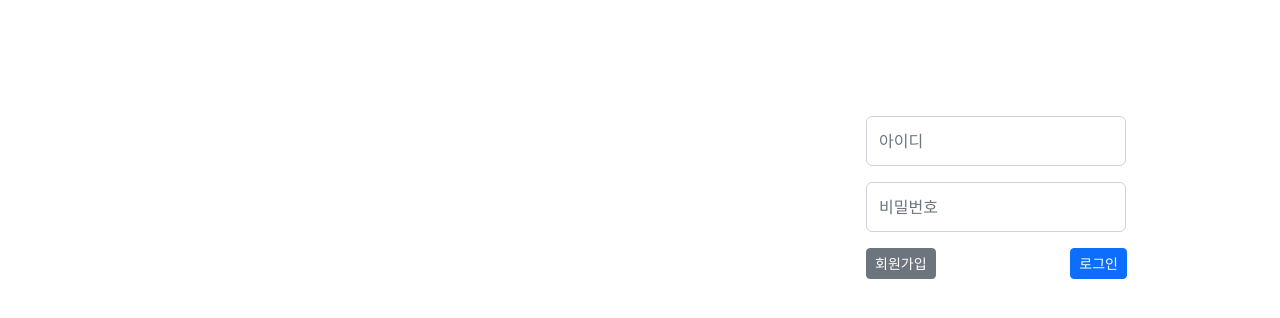
Repository: kokoko12334/myvocab-toy
Page: http://localhost/myVocabularyList/home.jsp
These files come from the project's save history. The page is drawn as it stood at one moment and after the next save; the edit follows.
The browser window is 1280 px wide. The pictures show the whole page.
The page is served by Tomcat 9.

Above is the page before, as saved 2023-04-08 04:32:57.

After the next save:
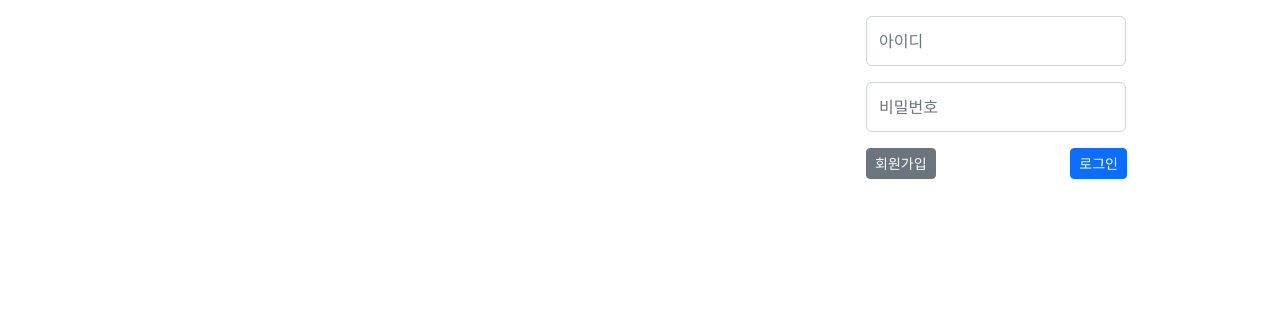
Saved 51 s later.
--- a/myVocabularyList/src/main/webapp/home.jsp
+++ b/myVocabularyList/src/main/webapp/home.jsp
@@ -14,7 +14,7 @@
 
 <body>
 
-	<div  style="float: right;width: 414px;margin-top: 100px;text-align:right" >
+	<div  style="float: right;width: 414px;margin: 0 auto;text-align:right" >
 
 		<form action = "/login" method = "post" style="height: 164px;width: 261px;">
 			<input class="form-control my-3" style = "height:50px; width: 260px;" type = "text" name = "id" placeholder = "아이디">

After the save that followed:
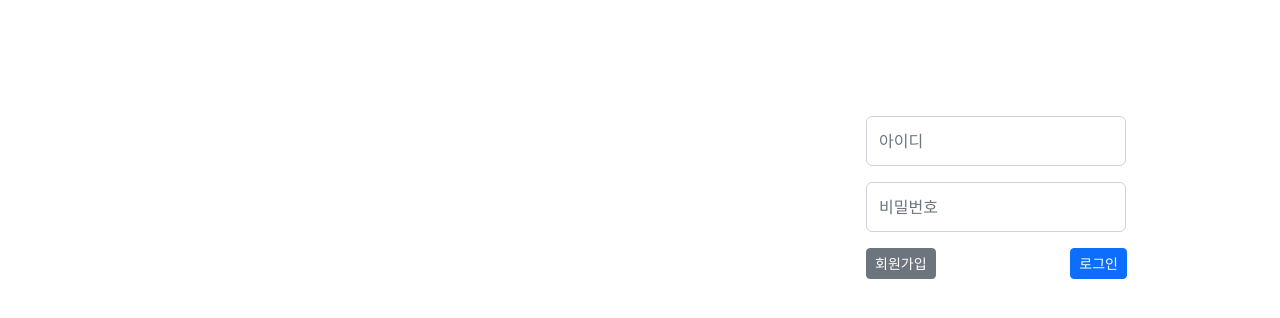
Saved 64 s later.
--- a/myVocabularyList/src/main/webapp/home.jsp
+++ b/myVocabularyList/src/main/webapp/home.jsp
@@ -14,7 +14,7 @@
 
 <body>
 
-	<div  style="float: right;width: 414px;margin: 0 auto;text-align:right" >
+	<div  style="float: right;width: 414px;margin-top: 100px;text-align:right" >
 
 		<form action = "/login" method = "post" style="height: 164px;width: 261px;">
 			<input class="form-control my-3" style = "height:50px; width: 260px;" type = "text" name = "id" placeholder = "아이디">
